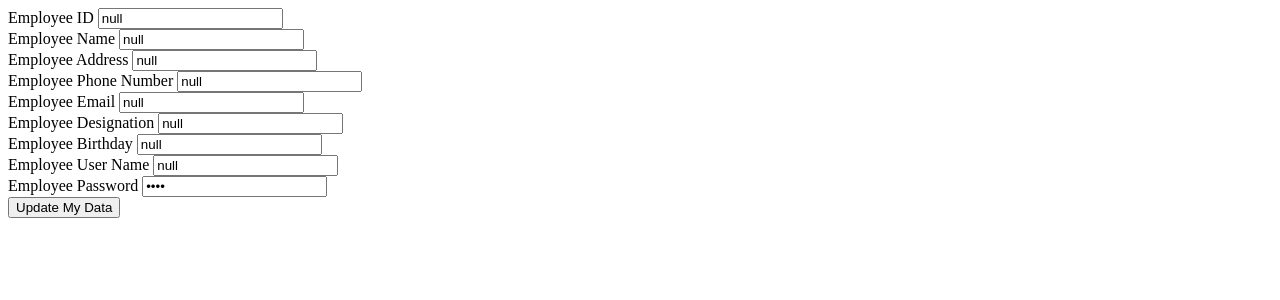
Repository: IT20643218/Employee-Management-System-OOP-Project-20-Y2S2
Page: http://localhost/EmployeeDemo/UpdateEmployee.jsp
These files come from the project's save history. The page is drawn as it stood at one moment and after the next save; the edit follows.
The browser window is 1280 px wide. The pictures show the whole page.
The page is served by Tomcat 9. Nobody is signed in. The application's start-up code is not run. Other server files are loaded and not shown.

Above is the page before, as saved 2021-09-29 15:23:43.

### Java_Project/EmployeeDemo/src/main/webapp/UpdateEmployee.jsp
<%@ page language="java" contentType="text/html; charset=ISO-8859-1"
    pageEncoding="ISO-8859-1"%>
<!DOCTYPE html>
<html>
<head>
<meta charset="ISO-8859-1">
<title>Insert title here</title>
</head>
<body>

<%
	String id = request.getParameter("id");
	String name = request.getParameter("name");
	String address = request.getParameter("address");
	String phonenumber = request.getParameter("phone");
	String email = request.getParameter("email");
	String designation = request.getParameter("designation");
	String birthday = request.getParameter("birthday");
	String username = request.getParameter("username");
	String password = request.getParameter("password");
%>

<form action="update" method ="post">
Employee ID <input type="text" name="id" value="<%=id %>" readonly ><br>
Employee Name <input type="text" name="name" value ="<%=name %>"><br>
Employee Address <input type="text" name="address" value ="<%=address %>"><br>
Employee Phone Number <input type="text" name="phone" value ="<%=phonenumber %>"><br>
Employee Email <input type ="text" name="email" value="<%=email %>"><br>
Employee Designation <input type="text" name="designation" value="<%=designation %>"><br>
Employee Birthday <input type="text" name="birthday" value="<%=birthday %>"><br>
Employee User Name <input type="text" name="username" value="<%=username %>"><br>
Employee Password <input type="password" name="password" value="<%=password %>"><br>

<input type="submit" name="submit" value="Update My Data"><br>

</form>

</body>
</html>

After the next save:
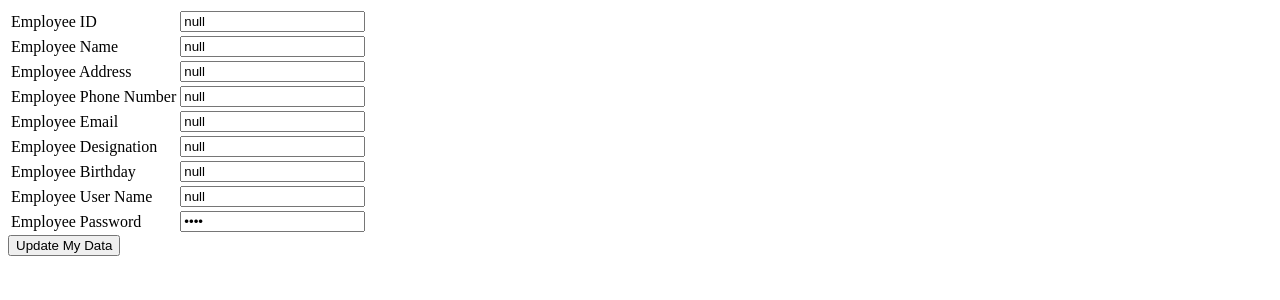
Saved 10 min 54 s later.
--- a/Java_Project/EmployeeDemo/src/main/webapp/UpdateEmployee.jsp
+++ b/Java_Project/EmployeeDemo/src/main/webapp/UpdateEmployee.jsp
@@ -21,16 +21,54 @@
 %>
 
 <form action="update" method ="post">
-Employee ID <input type="text" name="id" value="<%=id %>" readonly ><br>
-Employee Name <input type="text" name="name" value ="<%=name %>"><br>
-Employee Address <input type="text" name="address" value ="<%=address %>"><br>
-Employee Phone Number <input type="text" name="phone" value ="<%=phonenumber %>"><br>
-Employee Email <input type ="text" name="email" value="<%=email %>"><br>
-Employee Designation <input type="text" name="designation" value="<%=designation %>"><br>
-Employee Birthday <input type="text" name="birthday" value="<%=birthday %>"><br>
-Employee User Name <input type="text" name="username" value="<%=username %>"><br>
-Employee Password <input type="password" name="password" value="<%=password %>"><br>
+<table>
+<tr>
+<td>Employee ID</td>
+<td><input type="text" name="id" value="<%=id %>" readonly ></td>
+</tr>
 
+<tr>
+<td>Employee Name</td>
+<td><input type="text" name="name" value ="<%=name %>"></td>
+</tr>
+
+<tr>
+<td>Employee Address</td>
+<td><input type="text" name="address" value ="<%=address %>"></td>
+</tr>
+
+<tr>
+<td>Employee Phone Number</td>
+<td><input type="text" name="phone" value ="<%=phonenumber %>"></td>
+</tr>
+
+<tr>
+<td>Employee Email</td>
+<td><input type ="text" name="email" value="<%=email %>"></td>
+</tr>
+
+<tr>
+<td>Employee Designation</td>
+<td><input type="text" name="designation" value="<%=designation %>"></td>
+</tr>
+
+<tr>
+<td>Employee Birthday</td>
+<td><input type="text" name="birthday" value="<%=birthday %>"></td>
+</tr>
+
+<tr>
+<td>Employee User Name</td>
+<td><input type="text" name="username" value="<%=username %>"></td>
+</tr>
+
+<tr>
+<td>Employee Password</td>
+<td><input type="password" name="password" value="<%=password %>"></td>
+</tr>
+
+
+</table>
 <input type="submit" name="submit" value="Update My Data"><br>
 
 </form>
